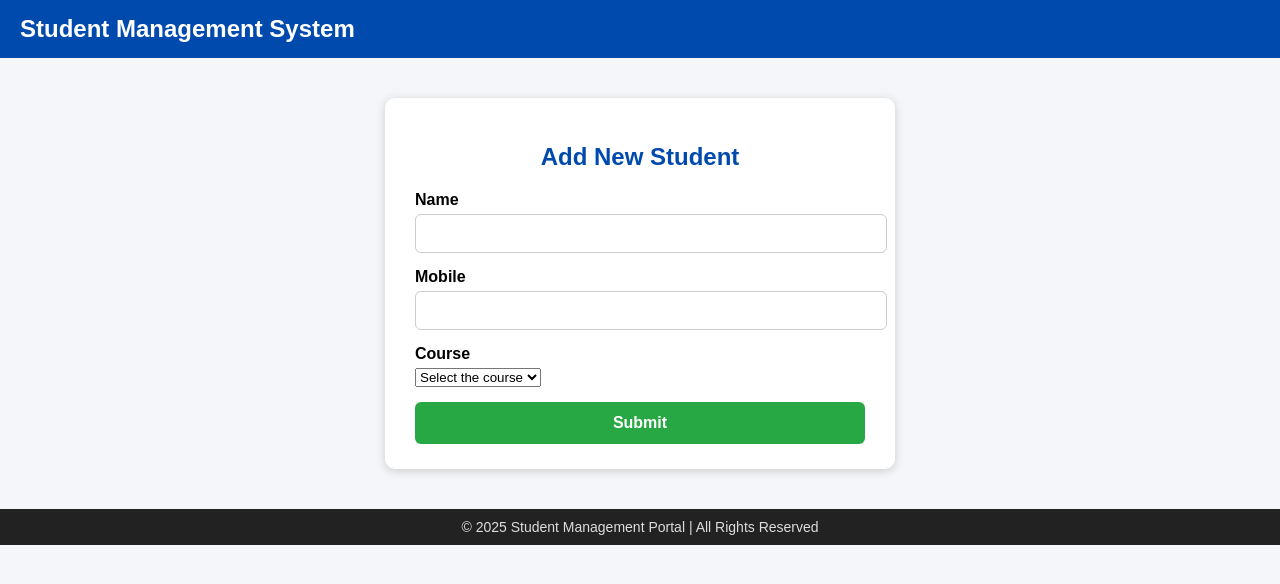
Repository: vinayhp22/sept25advanceJava
Page: http://localhost/SMS/views/student-form.jsp
The author's editor kept a copy of each file at every save. The page is drawn from the files as they stood at one save, then again after the next save.
The browser window is 1280 px wide. The pictures show the whole page.
The page is served by Tomcat 9. Nobody is signed in. The application's start-up code is not run. The template is opened directly, without the code that normally fills it, so the values that code supplies are empty.

Above is the page before, as saved 2025-11-18 10:05:56.

After the next save:
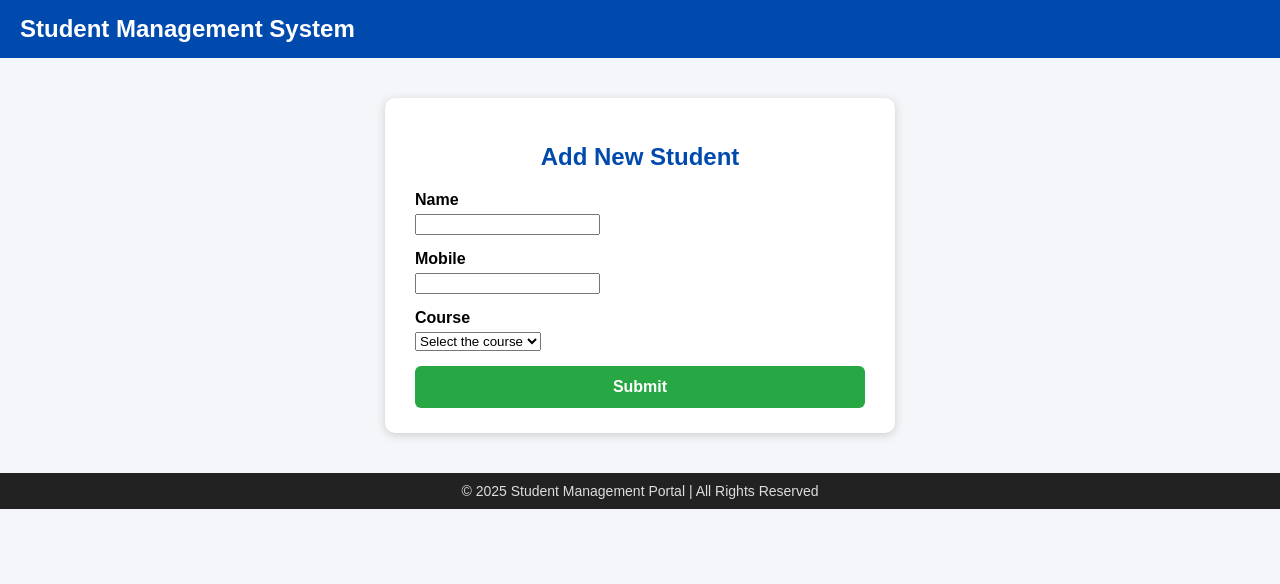
Saved 2 min 58 s later.
--- a/spring/SMS/src/main/webapp/views/student-form.jsp
+++ b/spring/SMS/src/main/webapp/views/student-form.jsp
@@ -60,7 +60,7 @@
         margin-bottom: 5px;
     }
 
-    .form-group input {
+    .form-group input .course {
         width: 100%;
         padding: 10px;
         border: 1px solid #ccc;

After the save that followed:
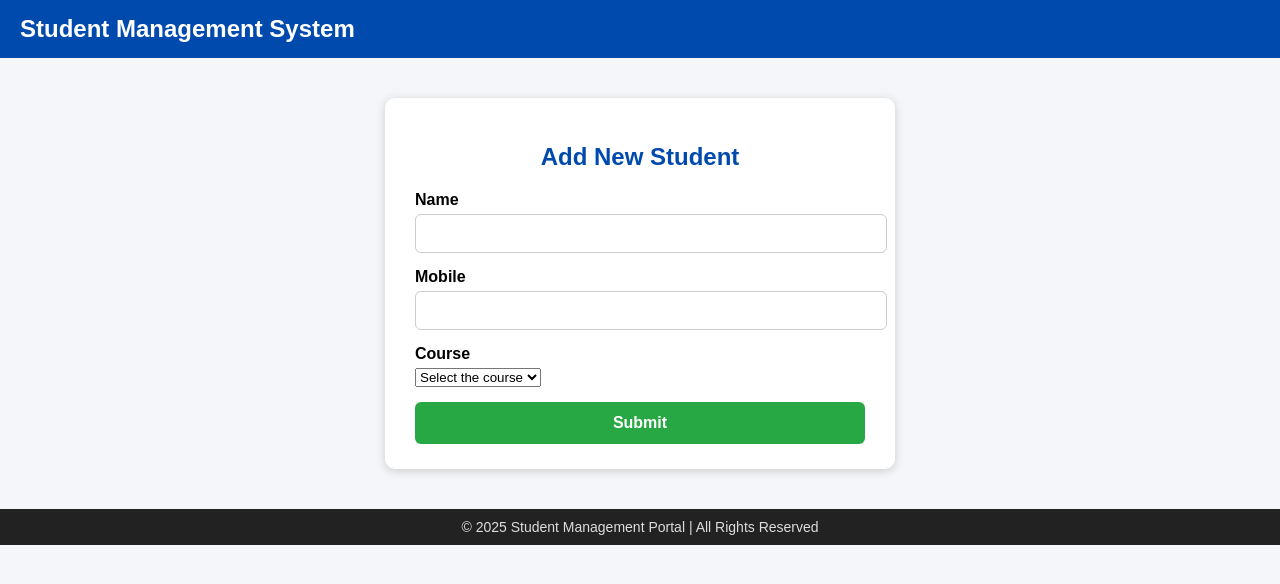
Saved 63 s later.
--- a/spring/SMS/src/main/webapp/views/student-form.jsp
+++ b/spring/SMS/src/main/webapp/views/student-form.jsp
@@ -60,7 +60,7 @@
         margin-bottom: 5px;
     }
 
-    .form-group input .course {
+    .form-group input, form-group select {
         width: 100%;
         padding: 10px;
         border: 1px solid #ccc;
